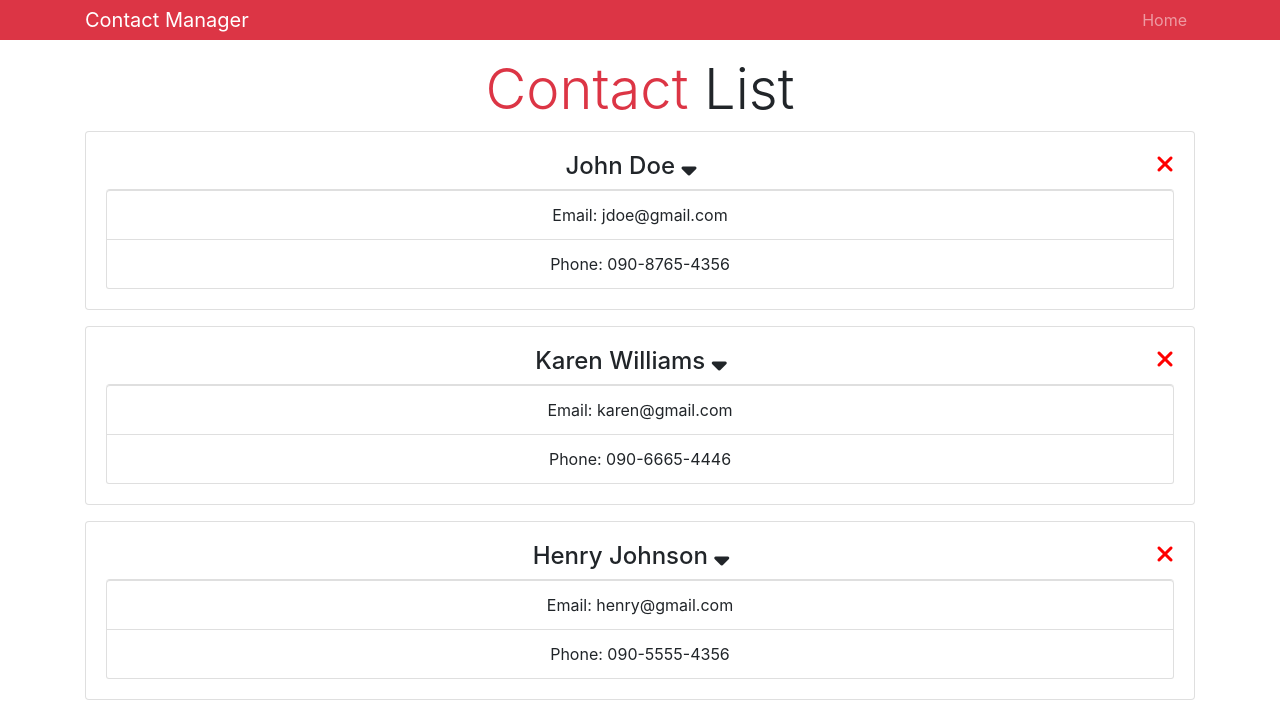
Repository: IkennaU/contactmanager
Page: /
An editor plug-in stored every save of this project. The page is shown before and after the next save, followed by the edit.
The browser window is 1280 px wide. The pictures show the whole page.
Some web libraries are served in a nearby version. The project was rebuilt for these pictures with package versions that can differ from the ones it lists, and the page was loaded fresh each time. Also part of the build but not shown: src/components/layout/TextInputGroup.js, src/components/contacts/AddContact.js, src/components/pages/About.js.

Above is the page before, as saved 2020-07-23 00:10:41.

### public/index.html
<!DOCTYPE html>
<html lang="en">
  <head>
    <meta charset="utf-8" />
    <link rel="icon" href="%PUBLIC_URL%/favicon.ico" />
    <meta name="viewport" content="width=device-width, initial-scale=1" />
    <meta name="theme-color" content="#000000" />
    <meta
      name="description"
      content="Web site created using create-react-app"
    />
    <link rel="apple-touch-icon" href="%PUBLIC_URL%/logo192.png" />
    <!--
      manifest.json provides metadata used when your web app is installed on a
      user's mobile device or desktop. See https://developers.google.com/web/fundamentals/web-app-manifest/
    -->
    <link rel="manifest" href="%PUBLIC_URL%/manifest.json" />
    <!--
      Notice the use of %PUBLIC_URL% in the tags above.
      It will be replaced with the URL of the `public` folder during the build.
      Only files inside the `public` folder can be referenced from the HTML.

      Unlike "/favicon.ico" or "favicon.ico", "%PUBLIC_URL%/favicon.ico" will
      work correctly both with client-side routing and a non-root public URL.
      Learn how to configure a non-root public URL by running `npm run build`.
    -->
    <title>Contact Manager</title>
  </head>
  <body>
    <noscript>You need to enable JavaScript to run this app.</noscript>
    <div id="root"></div>
    <!--
      This HTML file is a template.
      If you open it directly in the browser, you will see an empty page.

      You can add webfonts, meta tags, or analytics to this file.
      The build step will place the bundled scripts into the <body> tag.

      To begin the development, run `npm start` or `yarn start`.
      To create a production bundle, use `npm run build` or `yarn build`.
    -->
  </body>
  <script src="https://kit.fontawesome.com/98795c63b9.js"></script>
</html>

### src/App.js
import React from "react";
import { BrowserRouter as Router, Route, Switch } from "react-router-dom";
import Contacts from "./components/contacts/Contacts";
import Header from "./components/layout/Header";
import AddContact from "./components/contacts/AddContact";
import About from "./components/pages/About";
import "bootstrap/dist/css/bootstrap.min.css";
import { Provider } from "./context";

import "./App.css";

function App() {
  return (
    <Provider>
      <Router>
        <div className="App">
          <Header branding="Contact Manager" />
          <div className="container">
            <Switch>
              <Route exact path="/" component={Contacts} />
              <Route exact path="/contact/add" component={AddContact} />
              <Route exact path="/about" component={About} />
            </Switch>
          </div>
        </div>
      </Router>
    </Provider>
  );
}

export default App;

### src/components/contacts/Contacts.js
import React, { Component } from "react";
import PropTypes from "prop-types";
import Contact from "../contacts/Contact";
import { Consumer } from "../../context";

class Contacts extends Component {
  static propTypes = {};

  render() {
    return (
      <Consumer>
        {(value) => {
          return (
            <div>
              <h1 className="display-4 mb-2">
                <span className="text-danger">Contact</span> List
              </h1>
              {value.contacts.map((contact) => (
                <Contact key={contact.id} contact={contact} />
              ))}{" "}
            </div>
          );
        }}
      </Consumer>
    );
  }
}

export default Contacts;

### src/components/layout/Header.js
import React from "react";
import { Link } from "react-router-dom";
import PropTypes from "prop-types";

function Header(props) {
  return (
    <nav className="navbar navbar-expand-sm navbar-dark bg-danger mb-3 py-0">
      <div className="container">
        <a href="/" className="navbar-brand">
          {props.branding}
        </a>
        <div>
          <ul className="navbar-nav mr-auto">
            <li className="nav-item">
              <Link to="/" className="nav-link">
                Home
              </Link>
            </li>
          </ul>
        </div>
      </div>
    </nav>
  );
}
Header.propTypes = { branding: PropTypes.string.isRequired };

export default Header;

### src/context.js
import React, { Component } from "react";

const Context = React.createContext();
const reducer = (state, action) => {
  switch (action.type) {
    case "DELETE_CONTACT":
      return {
        ...state,
        contacts: state.contacts.filter(
          (contact) => contact.id !== action.payload
        ),
      };
    case "ADD_CONTACT":
      return {
        ...state,
        contacts: [action.payload, ...state.contacts],
      };
    default:
      return state;
  }
};

export class Provider extends Component {
  state = {
    contacts: [
      {
        id: 1,
        name: "John Doe",
        email: "jdoe@gmail.com",
        phone: "090-8765-4356",
      },
      {
        id: 2,
        name: "Karen Williams",
        email: "karen@gmail.com",
        phone: "090-6665-4446",
      },
      {
        id: 3,
        name: "Henry Johnson",
        email: "henry@gmail.com",
        phone: "090-5555-4356",
      },
    ],
    dispatch: (action) => {
      this.setState((state) => reducer(state, action));
    },
  };
  render() {
    return (
      <Context.Provider value={this.state}>
        {this.props.children}
      </Context.Provider>
    );
  }
}
export const Consumer = Context.Consumer;

### src/components/contacts/Contact.js
import React, { Component } from "react";
import PropTypes from "prop-types";
import { Consumer } from "../../context";

class Contact extends Component {
  static propTypes = {
    contact: PropTypes.object.isRequired,
  };
  state = {
    showContactInfo: true,
  };
  onShowClick = (e) => {
    this.setState({ showContactInfo: !this.state.showContactInfo });
  };
  onDeleteClick = (id, dispatch) => {
    dispatch({ type: "DELETE_CONTACT", payload: id });
  };

  render() {
    return (
      <Consumer>
        {(value) => {
          return (
            <div className="card card-body mb-3">
              <h4>
                {this.props.contact.name}{" "}
                <i
                  onClick={this.onShowClick}
                  className="fas fa-sort-down"
                  style={{ cursor: "pointer" }}
                />
                <i
                  className="fas fa-times"
                  style={{ cursor: "pointer", float: "right", color: "red" }}
                  onClick={this.onDeleteClick.bind(
                    this,
                    this.props.contact.id,
                    value.dispatch
                  )}
                ></i>
              </h4>
              {this.state.showContactInfo ? (
                <ul className="list-group">
                  <li className="list-group-item">
                    Email: {this.props.contact.email}
                  </li>
                  <li className="list-group-item">
                    Phone: {this.props.contact.phone}
                  </li>
                </ul>
              ) : null}
            </div>
          );
        }}
      </Consumer>
    );
  }
}

export default Contact;

Loaded but not shown: src/index.js (common file); src/serviceWorker.js (common file); src/App.css (common file)

After the next save:
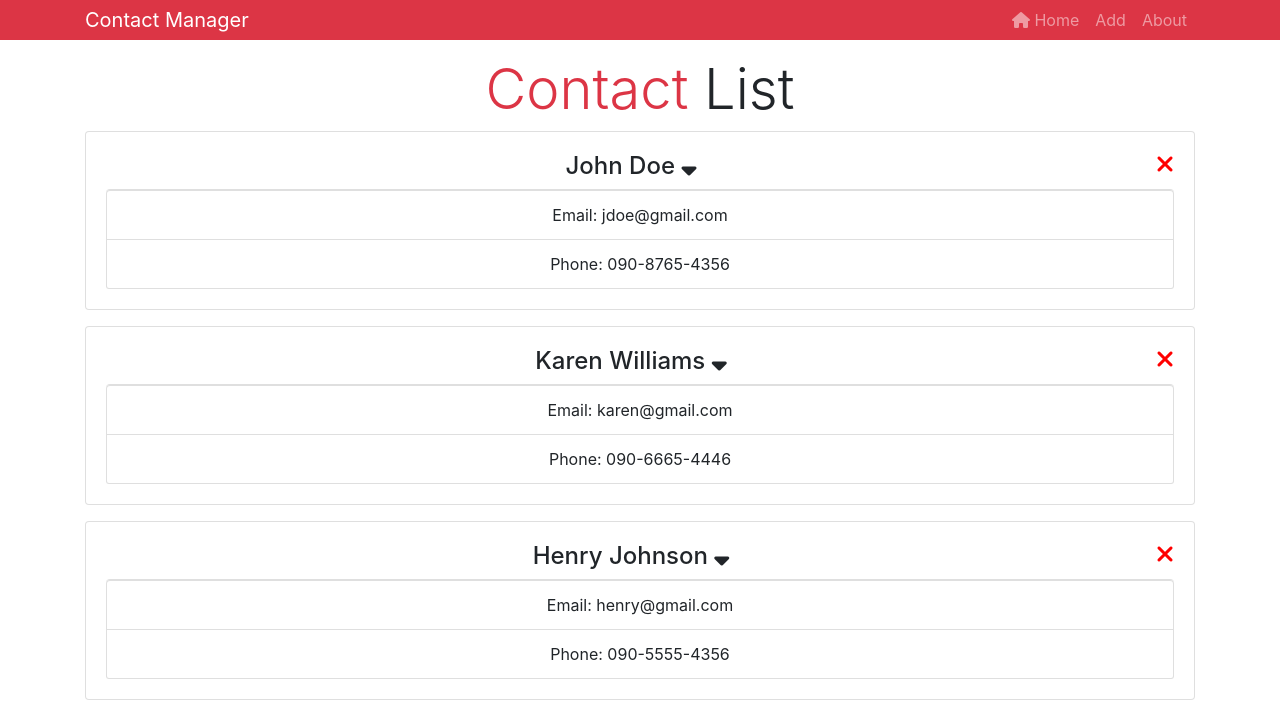
Saved 3 min 59 s later.
--- a/src/components/layout/Header.js
+++ b/src/components/layout/Header.js
@@ -13,7 +13,17 @@ function Header(props) {
           <ul className="navbar-nav mr-auto">
             <li className="nav-item">
               <Link to="/" className="nav-link">
-                Home
+                <i className="fas fa-home"></i> Home
+              </Link>
+            </li>
+            <li className="nav-item">
+              <Link to="/contact/add" className="nav-link">
+                Add
+              </Link>
+            </li>
+            <li className="nav-item">
+              <Link to="/about" className="nav-link">
+                About
               </Link>
             </li>
           </ul>
